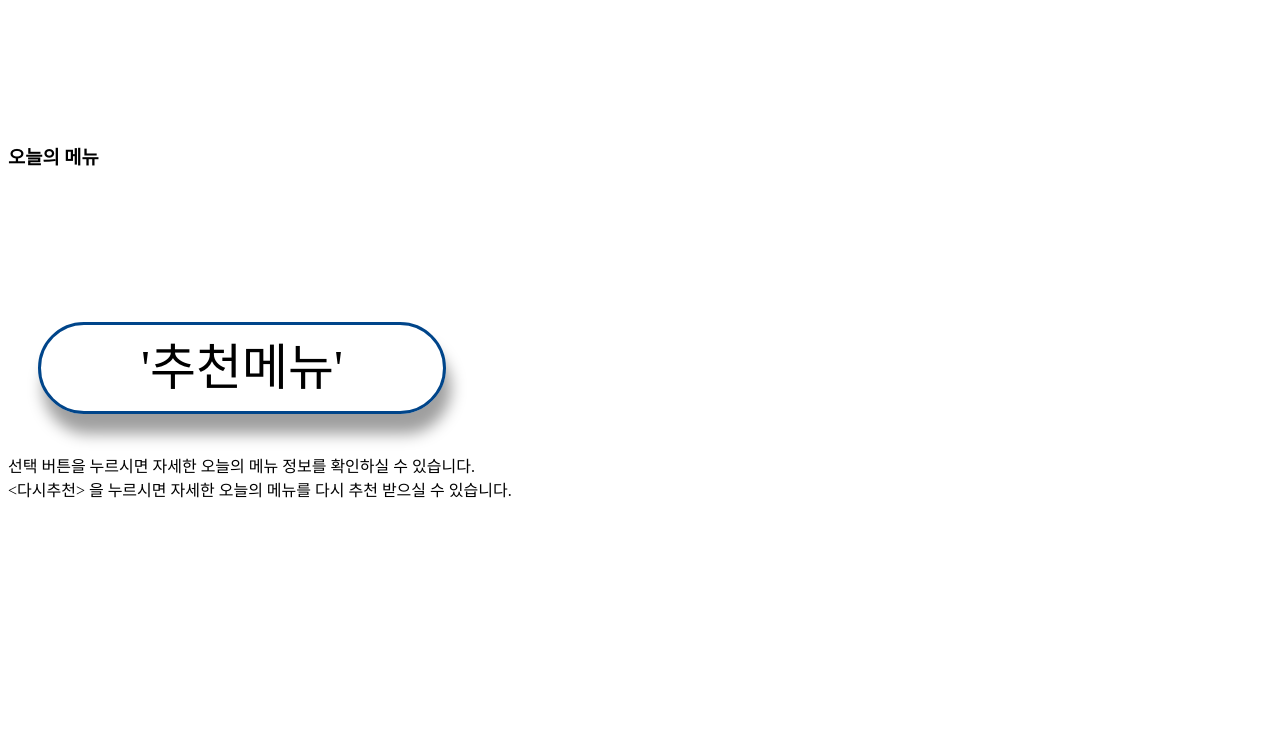
Repository: hkh00700/JustDoEat_Web
Page: http://localhost/justdoeat/WEB-INF/views/home.jsp
These files come from the project's save history. The page is drawn as it stood at one moment and after the next save; the edit follows.
The browser window is 1280 px wide. The pictures show the whole page.
The page is served by Tomcat 9. Nobody is signed in. Other server files are loaded and not shown. The template is opened directly, without the code that normally fills it, so the values that code supplies are empty.

Above is the page before, as saved 2021-05-18 02:35:29.

### justdoeat/src/main/webapp/WEB-INF/views/home.jsp
<%@ taglib uri="http://java.sun.com/jsp/jstl/core" prefix="c" %>
<%@ page language="java" contentType="text/html; charset=UTF-8"
    pageEncoding="UTF-8"%>
<html>
<head>
	<title>Home</title>
<style type="text/css">
.content {
height: 720px;
}

h3{
height: 300px;
line-height: 300px;
}
.content a{
width: 600px;
height: 120px;
margin: 40px 23px 42px 30px;
padding: 15px 100px 15px 100px;
border-radius: 60px;
box-shadow: 5px 20px 15px 0 rgba(0, 0, 0, 0.38);
border: solid 3px #00458a;
text-align: center;
font-size: 50px;
}

</style>
</head>
<body>
	<div class="content">
		<h3>오늘의 메뉴</h3>
		<a>'추천메뉴'</a>
		<br/><br/><br/><br/>
		선택 버튼을 누르시면 자세한 오늘의 메뉴 정보를 확인하실 수 있습니다.<br/>
		<다시추천> 을 누르시면 자세한 오늘의 메뉴를 다시 추천 받으실 수 있습니다.

	</div>
</body>
</html>

After the next save:
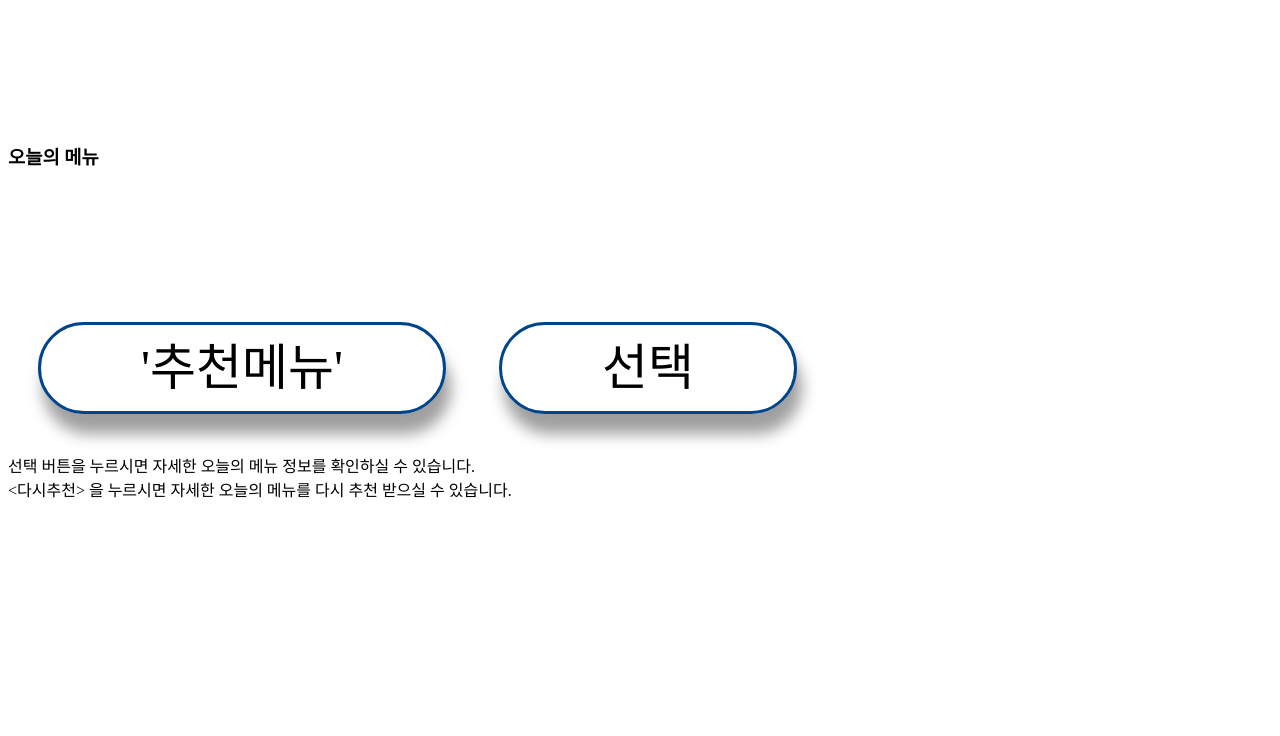
Saved 35 s later.
--- a/justdoeat/src/main/webapp/WEB-INF/views/home.jsp
+++ b/justdoeat/src/main/webapp/WEB-INF/views/home.jsp
@@ -30,7 +30,7 @@
 <body>
 	<div class="content">
 		<h3>오늘의 메뉴</h3>
-		<a>'추천메뉴'</a>
+		<a>'추천메뉴'</a><a>선택</a>
 		<br/><br/><br/><br/>
 		선택 버튼을 누르시면 자세한 오늘의 메뉴 정보를 확인하실 수 있습니다.<br/>
 		<다시추천> 을 누르시면 자세한 오늘의 메뉴를 다시 추천 받으실 수 있습니다.
